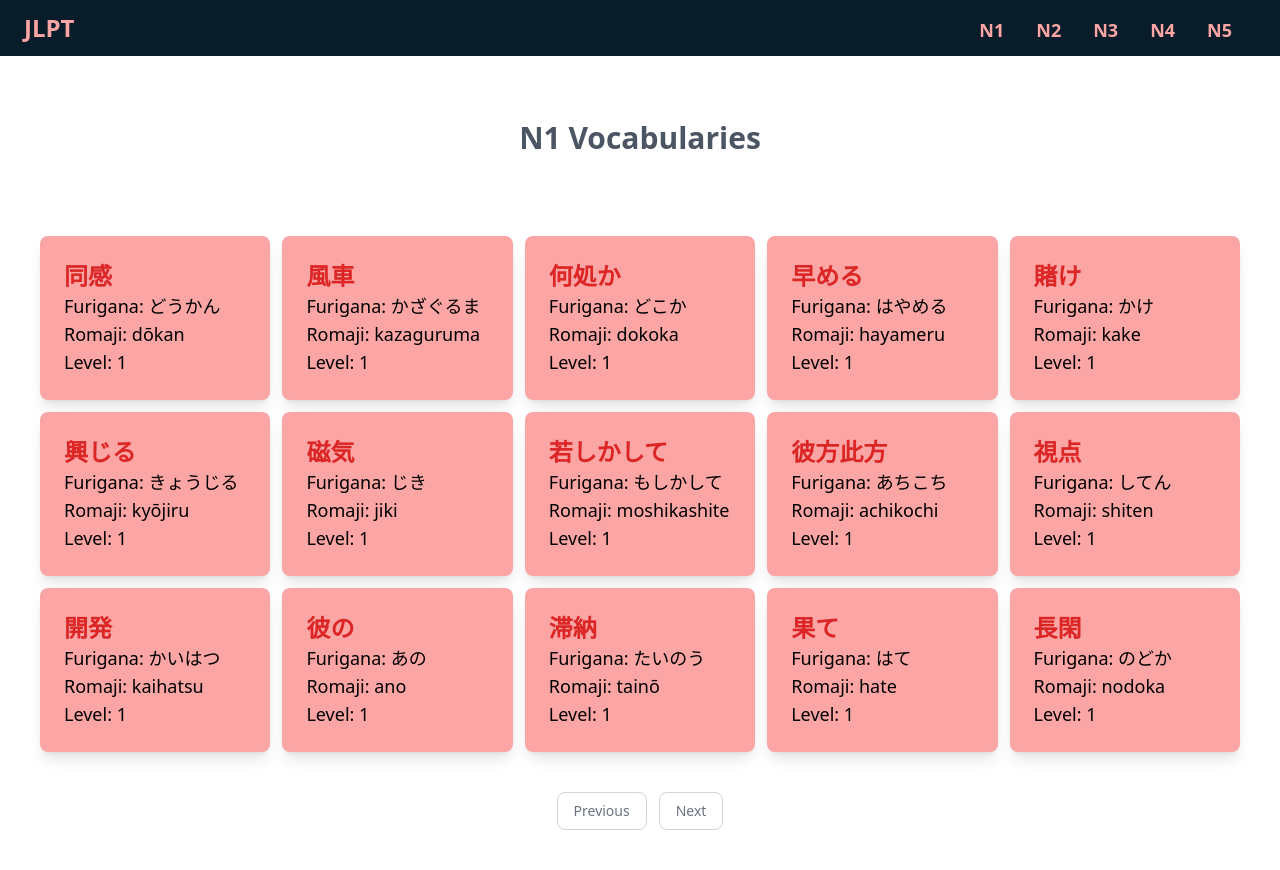
Repository: Penglee25/JLPT-vocabulary
Page: /n1
These files come from the project's save history. The page is drawn as it stood at one moment and after a run of saves; the edit follows.
The browser window is 1280 px wide. The pictures show the whole page.
The project was rebuilt for these pictures with package versions that can differ from the ones it lists, and the page was loaded fresh each time. The framework's server and built-in components were replaced by stand-ins that run in the browser. Also part of the build but not shown: next.config.js, src/styles/main.css.

Above is the page before, as saved 2023-03-17 15:47:20.

After the next 2 saves:
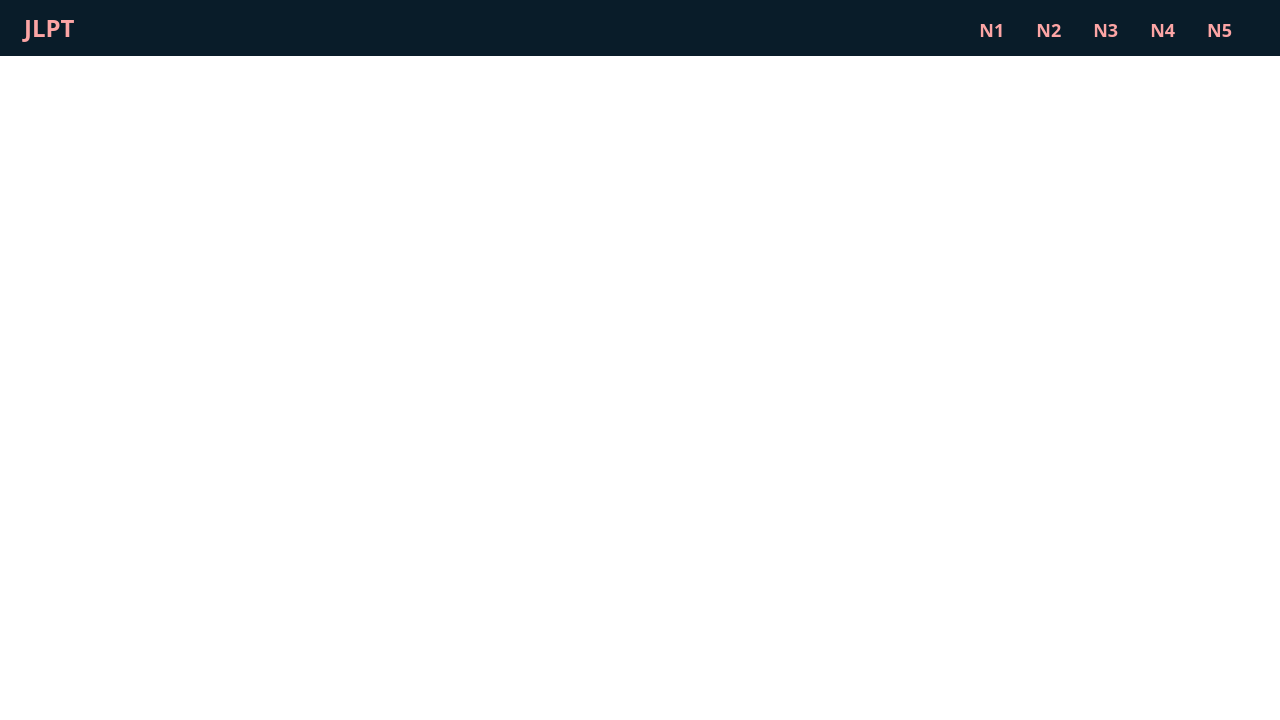
The 2 saves are shown as one change because they came seconds apart.
The last was saved 32 s later.
--- a/src/pages/n1.tsx
+++ b/src/pages/n1.tsx
@@ -8,59 +8,10 @@ export default function n1() {
     const data = pickDB(1);
     const itemsPerPage = 15;
 
-    const [currentPage, setCurrentPage] = useState(1);
-    const totalPages = Math.ceil(data.length / itemsPerPage);
-
-    const handlePrevClick = () => {
-        setCurrentPage((prevPage) => prevPage - 1);
-    };
-
-    const handleNextClick = () => {
-        setCurrentPage((prevPage) => prevPage + 1);
-    };
-
-    const renderData = () => {
-        const start = (currentPage - 1) * itemsPerPage;
-        const end = start + itemsPerPage;
-        return data.slice(start, end).map((item, index) => (
-            <div key={index} className="block rounded-lg bg-red-300 p-6 shadow-lg dark:bg-neutral-700">
-                <span className='text-2xl font-bold text-red-600'>{item.word}</span>
-                <p className='my-0 text-lg'>Furigana: {item.furigana}</p>
-                <p className='my-0 text-lg'>Romaji: {item.romaji}</p>
-                <p className='my-0 text-lg'>Level: {item.level}</p>
-            </div>
-        ));
-    };
-
-
     return (
         <div>
             <Navbar />
-            <div className="container p-10">
 
-                <div className="text-center my-20">
-                    <span className="text-3xl text-gray-600 font-bold">N1 Vocabularies</span>
-                </div>
-
-                <div className=" grid md:grid-cols-5 gap-3 grid-cols-3">
-                    {renderData()}
-                </div>
-
-                <div className="pagination text-center mt-10">
-                    <button onClick={handlePrevClick}
-                        disabled={currentPage === 1}
-                        className="inline-flex items-center px-4 py-2 text-sm font-medium text-gray-500 bg-white border border-gray-300 rounded-lg hover:bg-gray-100 hover:text-gray-700 dark:bg-gray-800 dark:border-gray-700 dark:text-gray-400 dark:hover:bg-gray-700 dark:hover:text-white">
-                        Previous
-                    </button>
-                    <button
-                        onClick={handleNextClick}
-                        disabled={currentPage === totalPages}
-                        className="inline-flex items-center px-4 py-2 ml-3 text-sm font-medium text-gray-500 bg-white border border-gray-300 rounded-lg hover:bg-gray-100 hover:text-gray-700 dark:bg-gray-800 dark:border-gray-700 dark:text-gray-400 dark:hover:bg-gray-700 dark:hover:text-white">
-                        Next
-                    </button>
-                </div>
-
-            </div>
         </div>
     )
 }
